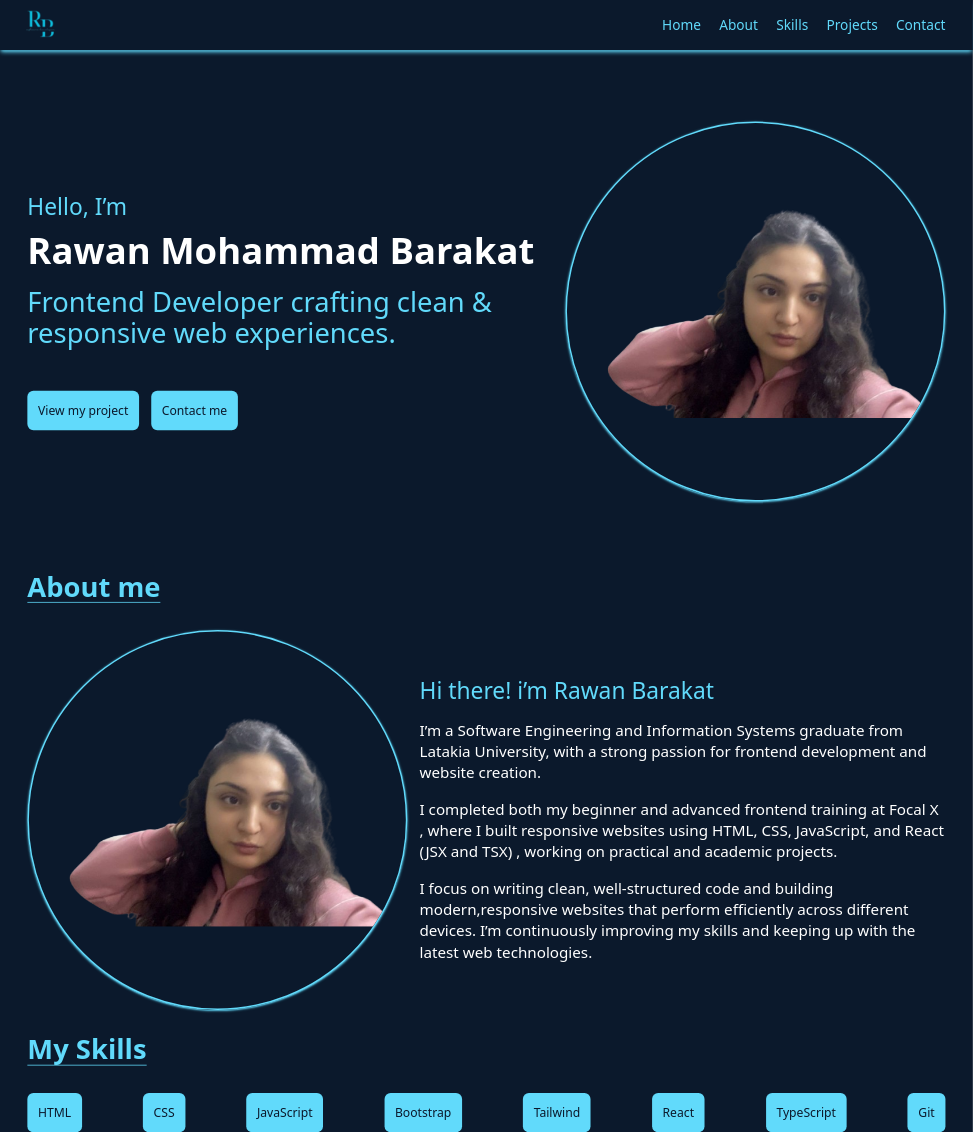
Repository: RawanBarakat-hub/portfolio
Page: /
An editor plug-in stored every save of this project. The page is shown before and after a run of saves, followed by the edit.
The browser window is 1280 px wide. The pictures show the whole page, at 76% of full size.
The project was rebuilt for these pictures with package versions that can differ from the ones it lists, and the page was loaded fresh each time. Also part of the build but not shown: vite.config.ts.

Above is the page before, as saved 2026-02-20 09:19:36.

### index.html
<!doctype html>
<html lang="en">
  <head>
    <meta charset="UTF-8" />
    <link rel="icon" type="image/svg+xml" href="/assets/images/photos/logo.png" />
    <meta name="viewport" content="width=device-width, initial-scale=1.0" />
    <title>Rawan's portfolio</title>
  </head>
  <body>
    <div id="root"></div>
    <script type="module" src="/src/main.tsx"></script>
  </body>
</html>

### src/index.css
@import "tailwindcss";
@theme{
    --color-primary-color: #61DAFB;
    --color-background-color: #0b192c;
    --color-hover-color: #85ddf5;
}

### src/App.tsx
import Hero from "./components/Hero"
import Main from "./components/Main"
import NavBar from "./components/NavBar"
import { nav_links } from "./data/data"
import "./index.css"
function App() {

  return (
    <div className="bg-background-color px-9">
      <NavBar logo={{source:"/assets/images/photos/logo.png",alternative:"Logo"}}
      nav_links={nav_links}
      bar_icon={{source:"/assets/images/icons/bars.svg",alternative:"bars"}}
      cancel_icon={{source:"/assets/images/icons/cancel.svg",alternative:"bars"}}
      />
      <Hero/>
      <Main/>
    </div>
  )
}

export default App

### src/components/Hero.tsx
import Image from "./Image"
import LinkBtn from "./LinkBtn"
import WelcomeText from "./WelcomeText"

const Hero = () => {
    return (
        <div className="h-screen pt-35 lg:pt-25 flex flex-col lg:flex-row
        justify-center lg:justify-between items-center gap-5">
            <div className="text-center lg:text-left">
                <WelcomeText text="Hello, I’m"/>
                <h1 className="text-white text-3xl lg:text-5xl mt-3 lg:mt-4
                mb-4 lg:mb-6 font-bold">Rawan Mohammad Barakat</h1>
                <p className="text-primary-color text-2xl lg:text-4xl max-w-2xl
                mb-4 lg:mb-14">Frontend Developer crafting clean & responsive web experiences.</p>
                <div className="flex justify-center lg:justify-start gap-4">
                    <LinkBtn url="" text="View my project"/>
                    <LinkBtn url="" text="Contact me"/>
                </div>
            </div>
            <Image source="/assets/images/photos/rawan.png" alternative="rawan"/>
        </div>
    )
}

export default Hero

### src/components/Main.tsx
import SectionAbout from "./SectionAbout"
import SectionSkills from "./SectionSkills"

const Main = () => {
    return (
        <main>
            <SectionAbout/>
            <SectionSkills/>
        </main>
    )
}

export default Main

### src/components/NavBar.tsx
import { NavLink } from "react-router-dom"
import type { NavProps } from "../interfaces"
import { useState } from "react"

const NavBar = ({logo,nav_links,bar_icon,cancel_icon}:NavProps) => {
    const [show,setShow]=useState<boolean>(true)
    return (
        <div>
            <nav className="flex justify-between pl-5 pr-9 items-center fixed top-0
            w-full left-0 bg-background-color shadow-md shadow-primary-color">
                <div className="">
                    <img className="" src={logo.source} alt={logo.alternative} />
                </div>
                <div className="hidden lg:block">
                    <ul className="flex gap-6">
                        {nav_links?.map((link,index)=>{
                            return <li key={index}>
                                <NavLink className="text-primary-color text-[18px] font-medium"
                                to={link?.url}>{link?.text}</NavLink>
                            </li>
                        })}
                    </ul>
                </div>
                <button onClick={()=>setShow(!show)}
                className="block lg:hidden"><img src={`${show?bar_icon.source:cancel_icon.source}`}
                alt={`${show?bar_icon.alternative:cancel_icon.alternative}`} /></button>
            </nav>
            <div className={`${show ? "-left-full" :"left-1/2"} absolute top-16.5
            -translate-x-1/2 py-3.5 bg-background-color w-full transition-all`}>
                <ul className="text-center">
                        {nav_links?.map((link,index)=>{
                            return <li key={index} className="mb-4">
                                <NavLink className="text-primary-color text-[18px] font-medium"
                                to={link?.url}>{link?.text}</NavLink>
                            </li>
                        })}
                    </ul>
            </div>
        </div>
    )
}

export default NavBar

### src/data/data.ts
export const nav_links=[
    {
        url:"/",
        text:"Home"
    },
    {
        url:"/",
        text:"About"
    },
    {
        url:"/",
        text:"Skills"
    },
    {
        url:"/",
        text:"Projects"
    },
    {
        url:"/",
        text:"Contact"
    }
]
export const skills=[
    {
        image:{
            source:"/assets/images/icons/html.svg",
            alternative:"HTMl icon"
        },
        link:{
            url:"https://www.w3schools.com/html/default.asp",
            text:"HTML"
        }
    },
    {
        image:{
            source:"/assets/images/icons/css3.svg",
            alternative:"CSS icon"
        },
        link:{
            url:"https://www.w3schools.com/css/default.asp",
            text:"CSS"
        }
    },
    {
        image:{
            source:"/assets/images/icons/js.svg",
            alternative:"JavaScript icon"
        },
        link:{
            url:"https://www.w3schools.com/js/default.asp",
            text:"JavaScript "
        }
    },
    {
        image:{
            source:"/assets/images/icons/bootstrap.svg",
            alternative:"Bootstrap icon"
        },
        link:{
            url:"https://www.w3schools.com/bootstrap/bootstrap_ver.asp",
            text:"Bootstrap"
        }
    },
    {
        image:{
            source:"/assets/images/icons/tailwind.svg",
            alternative:"Taileind icon"
        },
        link:{
            url:"https://tailwindcss.com/",
            text:"Tailwind"
        }
    },
    {
        image:{
            source:"/assets/images/icons/react.svg",
            alternative:"React icon"
        },
        link:{
            url:"https://www.w3schools.com/react/default.asp",
            text:"React"
        }
    },
    {
        image:{
            source:"/assets/images/icons/ts.svg",
            alternative:"TypeScript icon"
        },
        link:{
            url:"https://www.w3schools.com/typescript/index.php",
            text:"TypeScript"
        }
    },
    {
        image:{
            source:"/assets/images/icons/git.svg",
            alternative:"Git icon"
        },
        link:{
            url:"https://www.w3schools.com/git/default.asp",
            text:"Git"
        }
    }
]

### src/components/Image.tsx
import type { ImageProps } from '../interfaces'

const Image = ({source,alternative}:ImageProps) => {
    return (
        <div className='w-125 h-125 rounded-full border-2 border-primary-color
            shadow-sm shadow-primary-color flex justify-center items-center overflow-hidden
            shrink-0'>
            <img src={source} alt={alternative} />
        </div>
    )
}

export default Image

### src/components/LinkBtn.tsx
import { Link } from 'react-router-dom'
import { type LinkProps } from '../interfaces'
const LinkBtn = ({url,text,image}:LinkProps) => {
    return (
            <Link className={`${image?"bg-linear-to-r from-primary-color to-black hover:scale-120":
                "bg-primary-color hover:bg-hover-color"}
            text-background-color p-3.5 rounded-lg w-fit flex gap-4 transition-all`} to={url}>{text}
            {image && <img src={image?.source} alt={image?.alternative} />}</Link>
    )
}

export default LinkBtn

### src/components/WelcomeText.tsx

const WelcomeText = ({text}:{text:string}) => {
    return (
        <p className="text-primary-color text-xl lg:text-3xl
        font-medium">{text}</p>
    )
}

export default WelcomeText

### src/components/SectionAbout.tsx
import Description from "./Description"
import Image from "./Image"
import TitleSection from "./TitleSection"
import WelcomeText from "./WelcomeText"

const SectionAbout = () => {
    return (
        <section className="py-15 lg:py-8 text-center lg:text-left">
            <TitleSection title="About me"/>
            <div className="flex flex-col lg:flex-row
                justify-center lg:justify-between items-center
                gap-4">
                <Image source="/assets/images/photos/rawan.png" alternative="rawan"/>
                <div className="max-w-3xl">
                    <WelcomeText text="Hi there! i’m Rawan Barakat"/>
                    <Description text="I’m a Software Engineering and Information Systems
                        graduate from Latakia University, with a strong passion
                        for frontend development and website creation."/>
                    <Description text="I completed both my beginner
                        and advanced frontend training at Focal X ,
                        where I built responsive websites using HTML, CSS, JavaScript,
                        and React (JSX and TSX) , working on practical and academic projects."/>
                    <Description text="I focus on writing clean, well-structured
                    code and building modern,responsive websites that perform efficiently across different
                    devices. I’m continuously improving my skills and keeping up with the latest web
                    technologies."/>
                </div>
            </div>
        </section>
    )
}

export default SectionAbout

### src/components/SectionSkills.tsx
import { skills } from "../data/data"
import Container from "./Container"
import LinkBtn from "./LinkBtn"
import TitleSection from "./TitleSection"

const SectionSkills = () => {
    return (
        <section>
            <TitleSection title="My Skills"/>
            <Container>
                {
                    skills.map((skill,index)=>{
                        return <LinkBtn key={index} url={skill.link.url}
                        text={skill.link.text} />
                    })
            }
            </Container>
        </section>
    )
}

export default SectionSkills

### src/components/Description.tsx

const Description = ({text}:{text:string}) => {
    return (
        <p className="text-white text-xl mt-5">{text}</p>
    )
}

export default Description

### src/components/TitleSection.tsx
import type { TitleSectionProp } from "../interfaces"

const TitleSection = ({title}:TitleSectionProp) => {
    return (
        <h2 className="text-xl lg:text-4xl text-primary-color font-semibold
        mb-4 lg:mb-9 w-fit border-b border-primary-color">{title}</h2>
    )
}

export default TitleSection

### src/components/Container.tsx
import type { ContainerProps } from "../interfaces"

const Container = ({children}:ContainerProps) => {
    return (
        <div className="flex justify-between gap-4">{children}</div>
    )
}

export default Container

Loaded but not shown: src/main.tsx (common file)

After the next 2 saves:
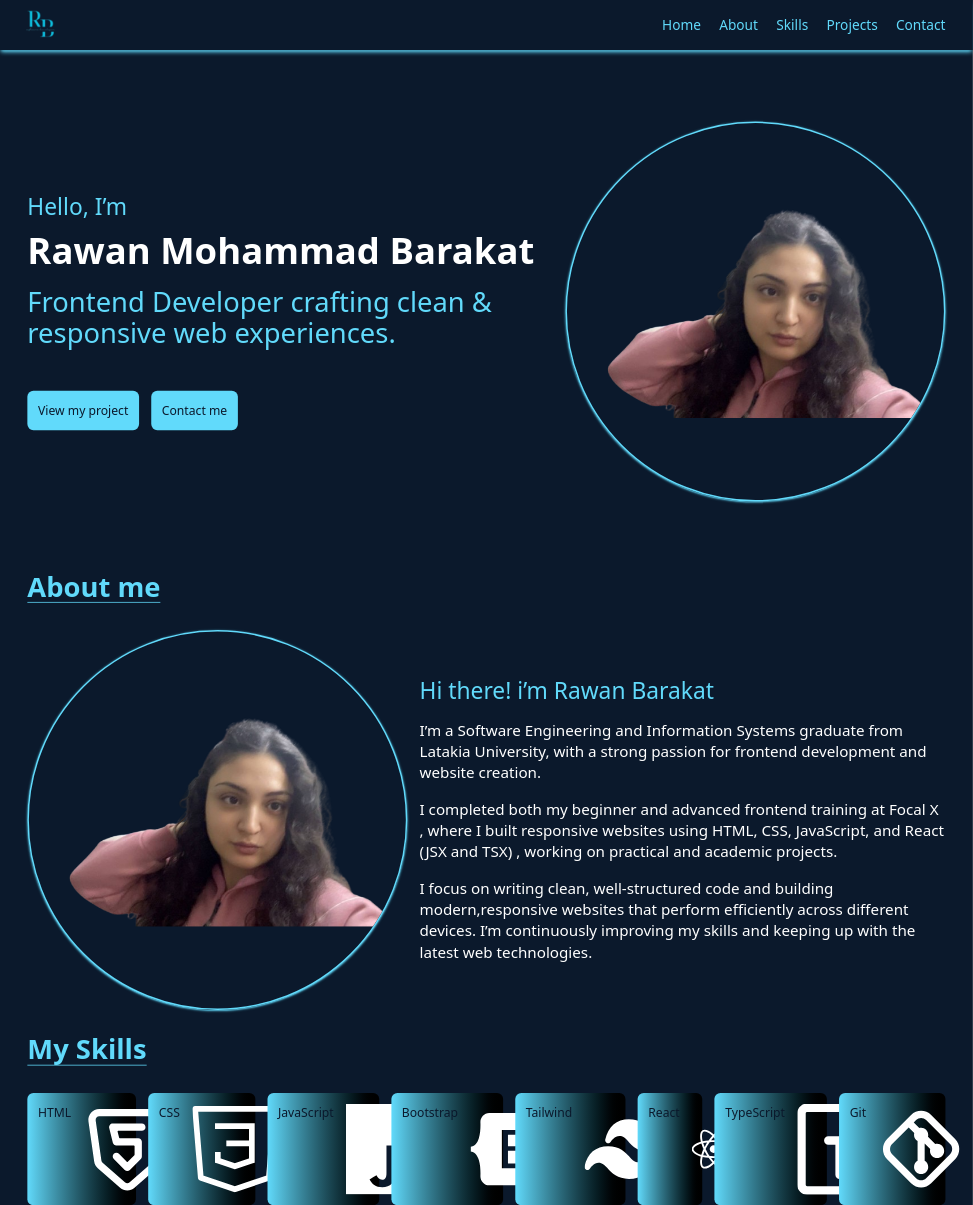
The 2 saves are shown as one change because 1 did not build or start.
The last was saved 12 s later.
--- a/src/components/SectionSkills.tsx
+++ b/src/components/SectionSkills.tsx
@@ -11,7 +11,7 @@ const SectionSkills = () => {
                 {
                     skills.map((skill,index)=>{
                         return <LinkBtn key={index} url={skill.link.url}
-                        text={skill.link.text} />
+                        text={skill.link.text} image={skill.image}/>
                     })
             }
             </Container>
